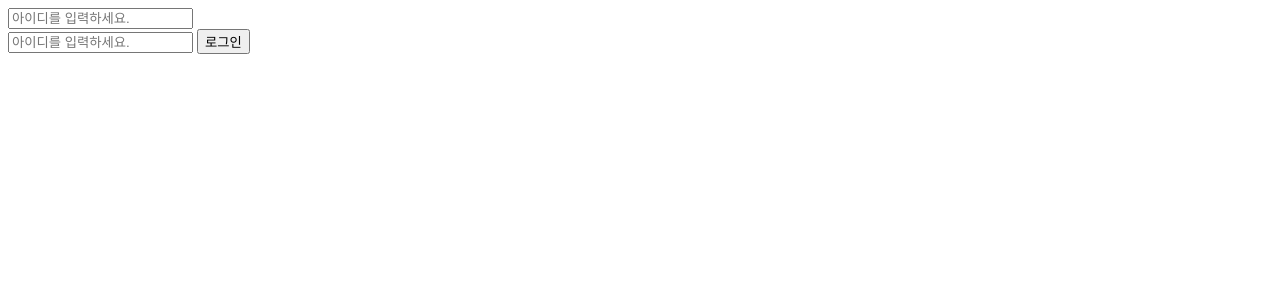
Repository: rmh6363/javastudy
Page: HelloWorld/WebContent/c.html
The author's editor kept a copy of each file at every save. The page is drawn from the files as they stood at one save, then again after the next save.
The browser window is 1280 px wide. The pictures show the whole page.

Above is the page before, as saved 2020-12-04 05:41:28.

### HelloWorld/WebContent/c.html
<!DOCTYPE html>
<html>
<head>
<meta charset="UTF-8">
<title>Insert title here</title>
</head>
<body>

<input placeholder="아이디를 입력하세요.">
<br>
<form action="b.html">

  <input name = "id"  placeholder="아이디를 입력하세요.">
  <input type="submit" value="로그인">
</form>
</body>
</html>

After the next save:
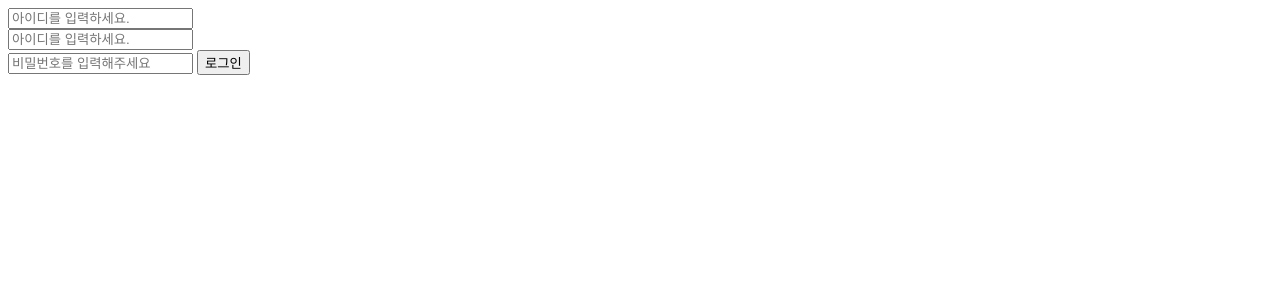
Saved 2 min 31 s later.
--- a/HelloWorld/WebContent/c.html
+++ b/HelloWorld/WebContent/c.html
@@ -11,6 +11,8 @@
 <form action="b.html">
 
   <input name = "id"  placeholder="아이디를 입력하세요.">
+  <br>
+  <input name = "pw"  placeholder="비밀번호를 입력해주세요">
   <input type="submit" value="로그인">
 </form>
 </body>
